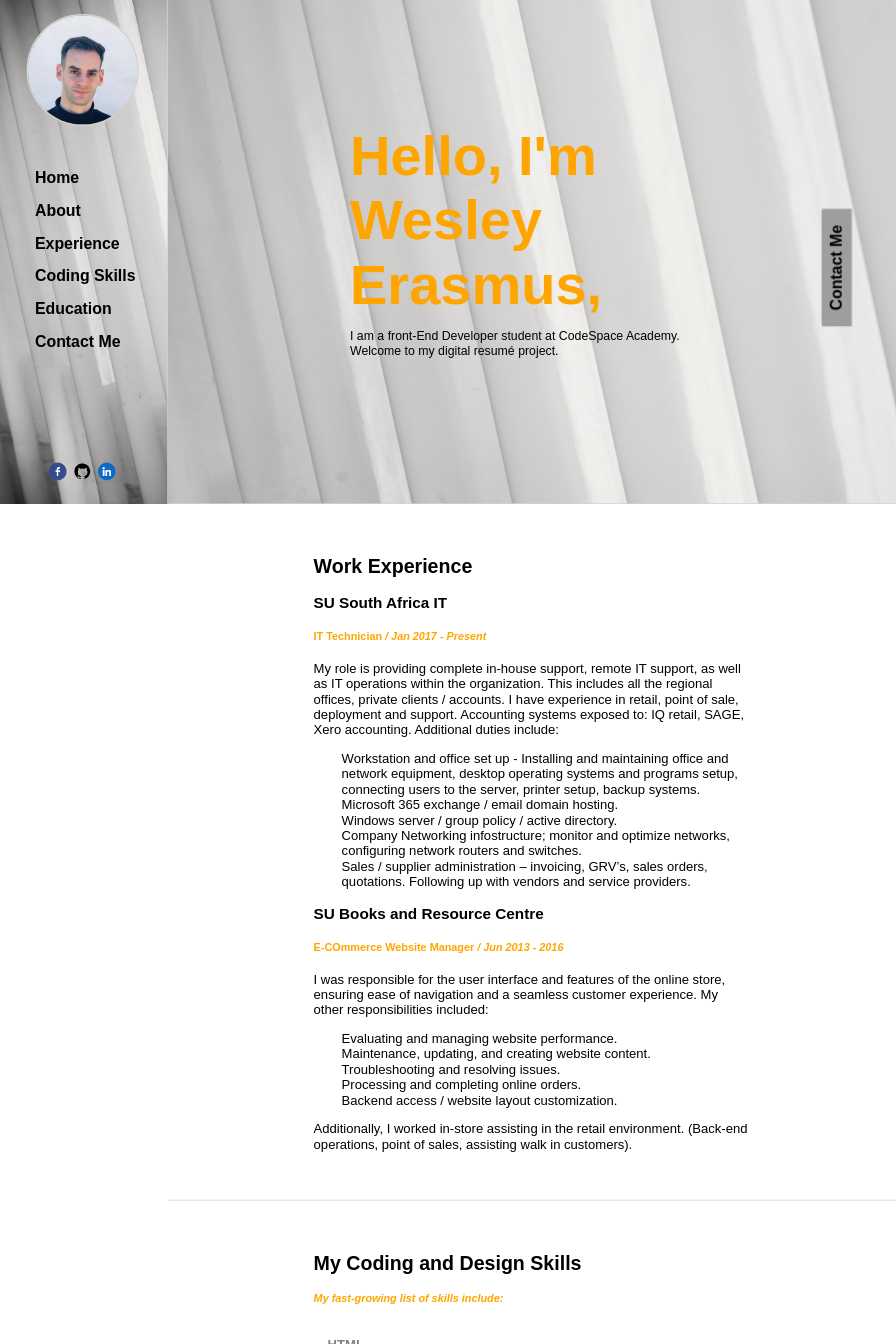
Repository: WesleyErasmus/MyDigitalResume-5
Page: index.html
The author's editor kept a copy of each file at every save. The page is drawn from the files as they stood at one save, then again after the next save.
The browser window is 1280 px wide. The pictures show the part of the page from y = 0 to 1920 px (the page is 4069 px tall), at 70% of full size.
Pictures or frames that could not be fetched are drawn as grey boxes.

Above is the page before, as saved 2022-03-06 20:26:20.

### index.html
<!DOCTYPE html>
<html lang="en">

<head>
    <meta charset="UTF-8">
    <meta http-equiv="X-UA-Compatible" content="IE=edge">
    <meta name="viewport" content="width=device-width, initial-scale=1.0">
    <title>Wesley Erasmus Digital Resumé 6</title>
    <link rel="stylesheet" href="stylesheet.css">
</head>

<body>
    <header>
        <button id="contact-me-btn"><a href="#contact"><strong>Contact Me</strong></a></button>
    </header>
    <nav>
        <div class="header-nav">
            <img id="headshot" src="images/headshot.jpeg" alt="headshot">
            <ul class="nav-btns">
                <li><a href="#hello"><strong>Home</strong></a></li>
                <li><a href="#about"><strong>About</strong></a></li>
                <li><a href="#experience"><strong>Experience</strong></a></li>
                <li><a href="#coding"><strong>Coding Skills</strong></a></li>
                <li><a href="#education"><strong>Education</strong></a></li>
                <li><a href="#contact"><strong>Contact Me</strong></a></li>
            </ul>
            <ul class="social-media-links">
                <li><a href="https://www.facebook.com/wesley.erasmus.37" target="_blank"><img src="icons/facebook.png" alt="Facebook" width="25px" height="25px"></a></li>
                <li><a href="https://github.com/WesleyErasmus" target="_blank"><img src="icons/github (1).png"
                            alt="GitHub" width="25px" height="25px"></a></li>
                <li><a href="https://linkedin.com/in/wesley-erasmus-75a72a1ba" target="_blank"><img src="icons/linkedin.png"
                            alt="LinkedIn" width="25px" height="25px"></a></li>
            </ul>
        </div>
    </nav>
    <main>
        <article class="about-me">
            <h1 id="hello">Hello, I'm Wesley Erasmus,</h1>
            <p>I am a front-End Developer student at CodeSpace Academy. Welcome to my digital resumé project.</p>
        </article>
        <article class="job-experience">
            <h1 id="experience">Work Experience</h1>
            <h3>SU South Africa IT</h3>
            <h5>IT Technician <em>/ Jan 2017 - Present</em></h5>
            <p>My role is providing complete in-house support, remote IT support, as well as IT operations within the
                organization. This includes all the regional offices, private clients / accounts. I have experience in
                retail, point of sale, deployment and support. Accounting systems exposed to: IQ retail, SAGE, Xero
                accounting. Additional duties include:</p>
            <ul>
                <li>Workstation and office set up - Installing and maintaining office and network equipment, desktop
                    operating systems and programs setup, connecting users to the server, printer setup, backup systems.
                </li>
                <li>Microsoft 365 exchange / email domain hosting.</li>
                <li>Windows server / group policy / active directory.</li>
                <li>Company Networking infostructure; monitor and optimize networks, configuring network routers and
                    switches.</li>
                <li>Sales / supplier administration – invoicing, GRV’s, sales orders, quotations. Following up with
                    vendors and service providers.</li>
            </ul>
            <h3>SU Books and Resource Centre</h3>
            <h5>E-COmmerce Website Manager <em>/ Jun 2013 - 2016</em></h5>
            <p>I was responsible for the user interface and features of the online store, ensuring ease of navigation
                and a seamless customer experience. My other responsibilities included:</p>
            <ul>
                <li>Evaluating and managing website performance.</li>
                <li>Maintenance, updating, and creating website content.</li>
                <li>Troubleshooting and resolving issues.</li>
                <li>Processing and completing online orders.</li>
                <li>Backend access / website layout customization.</li>
            </ul>
            <p> Additionally, I worked in-store assisting in the retail environment. (Back-end operations, point of
                sales, assisting walk in customers).</p>
        </article>
        <article class="coding-and-design-skills">
            <h1 id="coding">My Coding and Design Skills</h1>
            <h5><em>My fast-growing list of skills include:</em></h5>
            <div class="my-skills">
                <div>HTML</div>
                <div>CSS</div>
                <div>Bootstrap</div>
                <div>Typography</div>
                <div>GitHub / Git / Version Control</div>
                <div>Wireframing</div>
                <div>UX design & UI design</div>
                <div>Figma / Adobe XD</div>
            </div>
        </article>
        <article class="education">
            <h1 id="education">Education</h1>
            <h3>CodeSpace Academy</h3>
            <p>Studied Web Design</p>
            <h3>UNISA</h3>
            <p>Studied Marketing Management</p>
        </article>
        <article class="more-about-me">
            <h1 id="about">More about me</h1>
            <p>
                I am a front-End Developer student at CodeSpace Academy. I have completed their Web Design course, and I
                am currently enrolled in a Front-End Development course. </p>

            <p>My first full time job after my Marketing Management course was working as an ecommerce website manager /
                shop assistant. Delivering a great customer experience was my driving force when I took on that role. I
                was in the position where I needed to deliver a good customer experience both in-store, and on the
                ecommerce website. This is where my love for a good customer experience caught fire.</p>

            <p>I was offered a full-time job in the company’s IT department, which I accepted. I started my new role as
                an IT technician where I have been working for 5 years, offering a wide range of IT services, both
                internally and to external clients.</p>

            <p>In 2021, after much research, I decided to study Web Design at CodeSpace Academy. I immediately knew that
                I had found my “career calling”. Anyone in the tech industry will know the unyielding urge to solve
                complex problems and to tackle new challenges. Coding is the ever-growing complex world of computer
                languages and design that I have been waiting to discover. I go to bed thinking of how I can improve on
                my current projects, and I wake up ready to learn something new.</p>

            <p>I am a teacher at heart and have enjoyed the opportunity to share what I learn with my fellow students. I
                use the class Slack channel to share any new insights that I’ve learned and have also had one-on-one
                Zoom sessions to assist other students when they are stuck.</p>

            <p class="green-text">I believe that one of the best ways to learn is to teach others - it gives me great
                satisfaction to make one more “happy customer”.</p>
            </p>
            <h3>Some of My interests:</h3>
            <ul class="interests">
                <li>I love being outdoors, hiking and swimming in the ocean</li>
                <li>Health and fitness</li>
                <li>I enjoy eating out and trying new restaurants</li>
                <li>Going for long drives in the evening</li>
            </ul>
        </article>
    </main>
    <footer>
        <h1 id="contact">contact me</h1>
        <div class="contact">
            <ul>
                <li>
                    <a href="mailto:wesley.erasmus119@ygmail.com?subject=Wesley Digital Resumé Response"><img
                            src="icons/email.png" alt="email" width="45px" height="auto" /></a>
                </li>
                <li>
                    <a href="https://wa.me/+27837056273" target="_blank"><img src="icons/whatsapp.png" alt="WhatsApp"
                            width="45px" height="auto" /></a>
                </li>
                <li>
                    <a href="https://slack.com/workspace-signin" target="_blank">
                        <img src="icons/slack.png" alt="slack" width="45px" height="auto" /></a>
                </li>
                <li>
                    <a href="https://www.linkedin.com/in/wesley-erasmus-75a72a1ba/" target="_blank">
                        <img src="icons/in.png" alt="linkedin" width="45px" height="auto" /></a>
                </li>
            </ul>
        </div>
    </footer>
</body>
</html>

### stylesheet.css
* {
  box-sizing: border-box;
  list-style-type: none;
  font-family: Arial, Helvetica, sans-serif;
}
body {
  margin: 0 0 0 240px;
  padding: 0;
}
header {
  text-align: center;
}
#headshot {
  width: 160px;
  border-radius: 50%;
  border: 2px solid lightgrey;
  display: block;
  margin: 0 auto;
  margin-top: 20px;
  margin-bottom: 50px;
  padding: 0;
  margin-left: 38px;
}
button#contact-me-btn {
  position: fixed;
  float: right;
  right: 0;
  top: 50%;
  transform: rotateZ(270deg);
  z-index: 1;
  color: #fff;
  width: 170px;
  height: 45px;
  font-size: 17pt;
  border-radius: 5px 5px 0 0;
  border: 0.1px solid lightgrey;
  background-image: url(/images/atricle-bg.jpg);
  background-position: center;
  background-repeat: no-repeat;
}
nav {
  /* background-image: url(/images/atricle-bg.jpg); */
  background-image: url(/images/pexels-laura-tancredi-7078387.jpg);
  background-repeat: no-repeat;
  background-size: cover;
  float: left;
  position: fixed;
  left: 0;
  overflow-y: auto;
  overflow-x: hidden;
  height: 100vh;
  min-height: 100vh;
  top: 0;
  width: 240px;
  z-index: 1;
  padding-left: 0;
  border-right: 0.1px solid lightgray;
}
ul.nav-btns {
  font-size: 17pt;
}
ul.social-media-links {
  display: flex;
  position: absolute;
  bottom: 0;
  margin: 0 auto;
  left: 25%;
  padding: 5px;
  padding-bottom: 25px;
}
.social-media-links li {
  margin: 5px;
}
.nav-btns li {
  color: #000;
  padding: 10px;
}
a:link {
  text-decoration: none;
}
a:visited {
  text-decoration: none;
  color: #000;
}
a:hover {
  text-decoration: underline #FFA500 0.1px;
}
a:active {
  text-decoration: underline;
}
a {
  color: #000;
}
main {
  position: relative;
  display: block;
  width: 100%;
}
#hello {
  font-size: 5rem;
  margin: 0;
  color: orange;
}
article.about-me {
  background-image: url(/images/pexels-laura-tancredi-7078387.jpg);
  background-position: center;
  background-repeat: no-repeat;
  background-size: cover;
  height: 100vh;
  font-size: 1.1rem;
  padding: 17% 25%;
  border-bottom: 0.1px solid lightgrey;
}
article.job-experience {
  font-size: 14pt;
  padding: 50px 20% 50px 20%;
  border-bottom: 0.1px solid lightgrey;
}
article.coding-and-design-skills {
  font-size: 14pt;
  padding: 50px 20% 50px 20%;
  height: 100vh;
  border-bottom: 0.1px solid lightgrey;
}
.my-skills > div {
  display: flex;
  flex-direction: column;
  justify-content: space-between;
  font-weight: 700;
  padding: 20px;
  color: grey;
}
article.education {
  font-size: 14pt;
  overflow-x: hidden;
  padding: 50px 20% 50px 20%;
  border-bottom: 0.1px solid lightgrey;
}
article.more-about-me {
  padding: 50px 20% 50px 20%;
  font-size: 14pt;
  border-bottom: 0.1px solid lightgrey;
}
p.green-text {
  color: #FFA500;
}
footer {
  text-align: center;
  padding: 50px 20% 50px 20%;
  font-size: 14pt;
}
.contact ul {
  display: flex;
  justify-content: center;
  list-style-type: none;
  padding: 0px;
  margin-bottom: 0;
}
.contact li {
  padding: 5px;
}
.education h3, h5 {
  color: #FFA500;
}

After the next save:
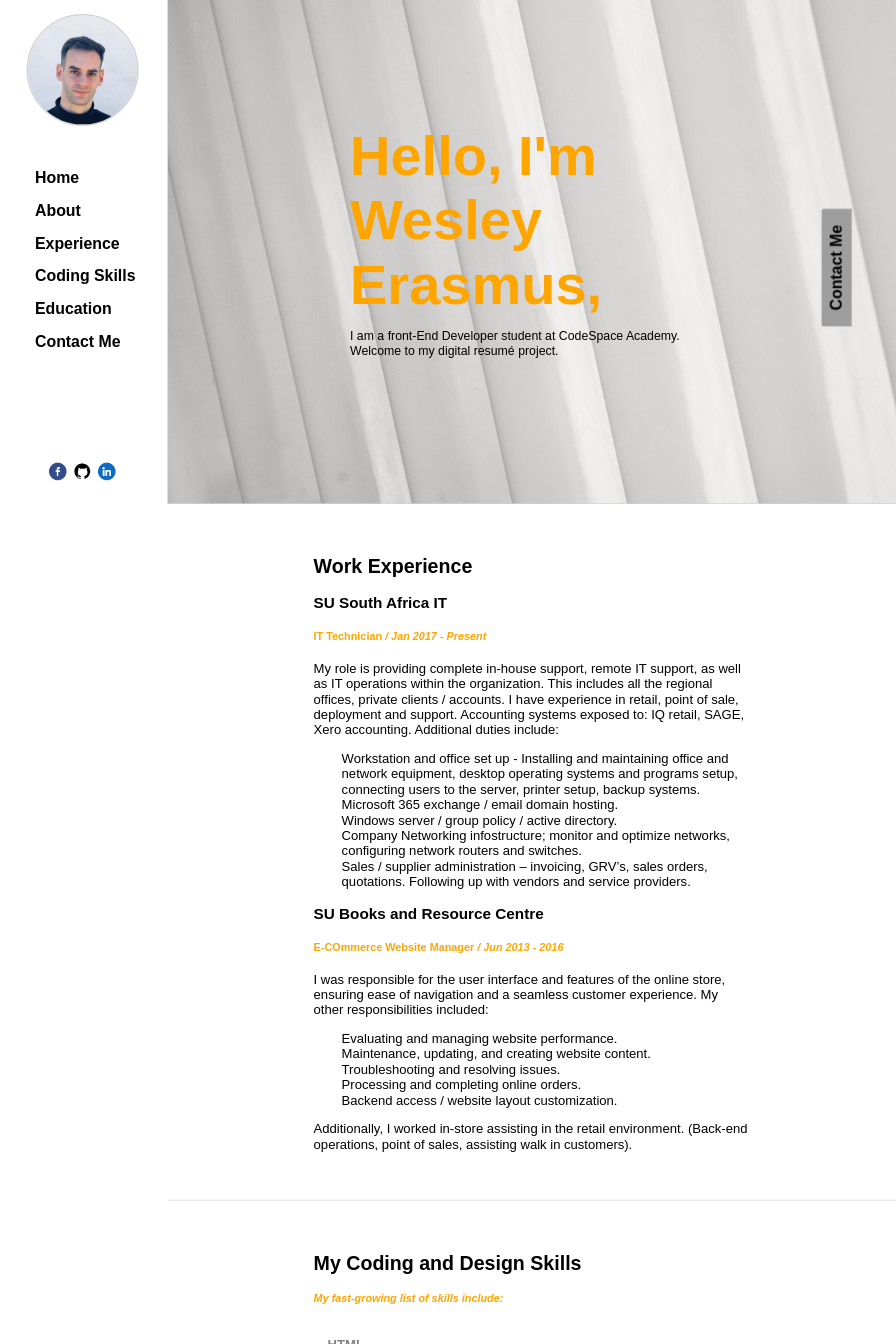
Saved 23 s later.
--- a/stylesheet.css
+++ b/stylesheet.css
@@ -40,7 +40,7 @@
 }
 nav {
   /* background-image: url(/images/atricle-bg.jpg); */
-  background-image: url(/images/pexels-laura-tancredi-7078387.jpg);
+  /* background-image: url(/images/pexels-laura-tancredi-7078387.jpg); */
   background-repeat: no-repeat;
   background-size: cover;
   float: left;

After the save that followed:
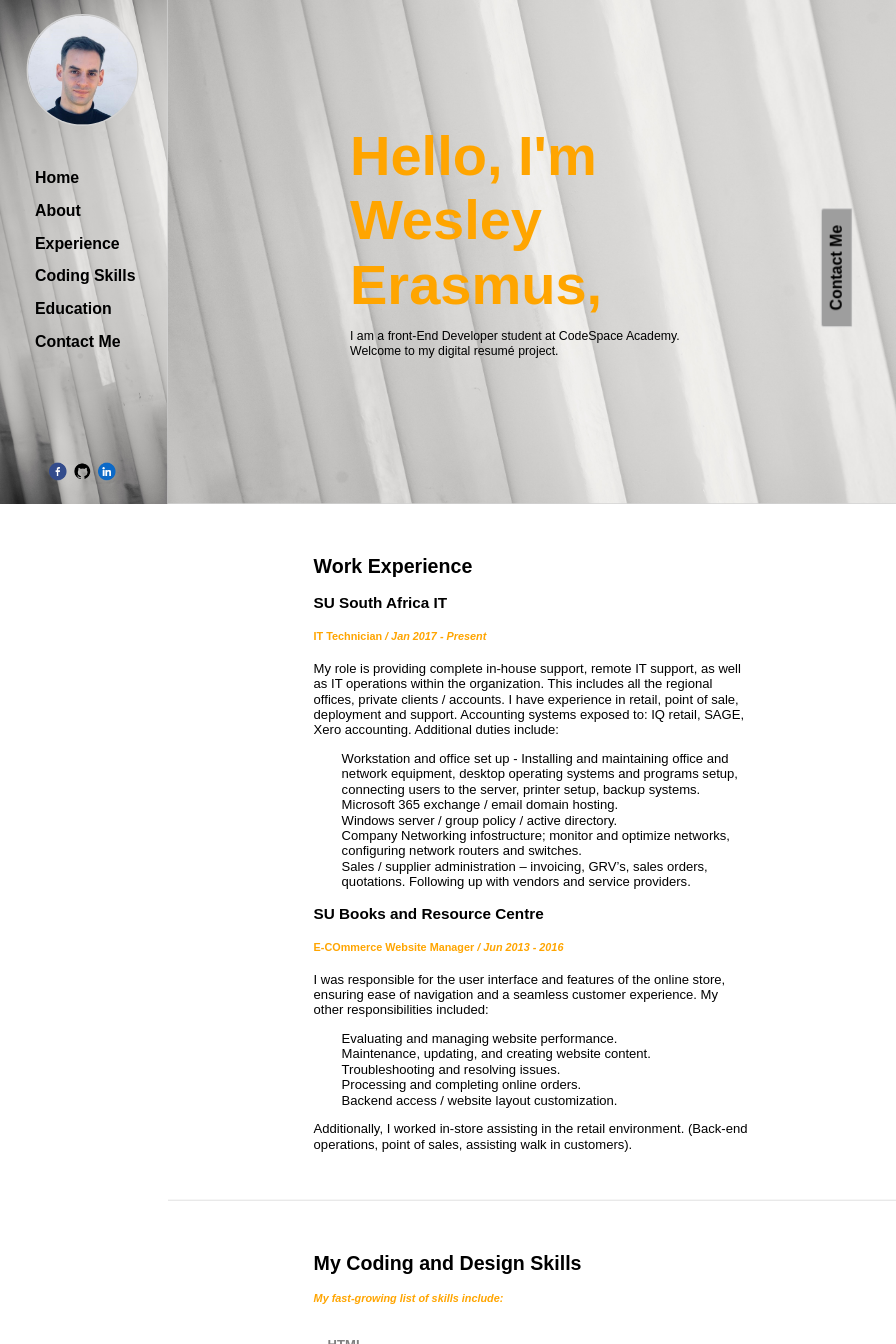
Saved 9 s later.
--- a/stylesheet.css
+++ b/stylesheet.css
@@ -40,7 +40,7 @@
 }
 nav {
   /* background-image: url(/images/atricle-bg.jpg); */
-  /* background-image: url(/images/pexels-laura-tancredi-7078387.jpg); */
+  background-image: url(/images/pexels-laura-tancredi-7078387.jpg);
   background-repeat: no-repeat;
   background-size: cover;
   float: left;
